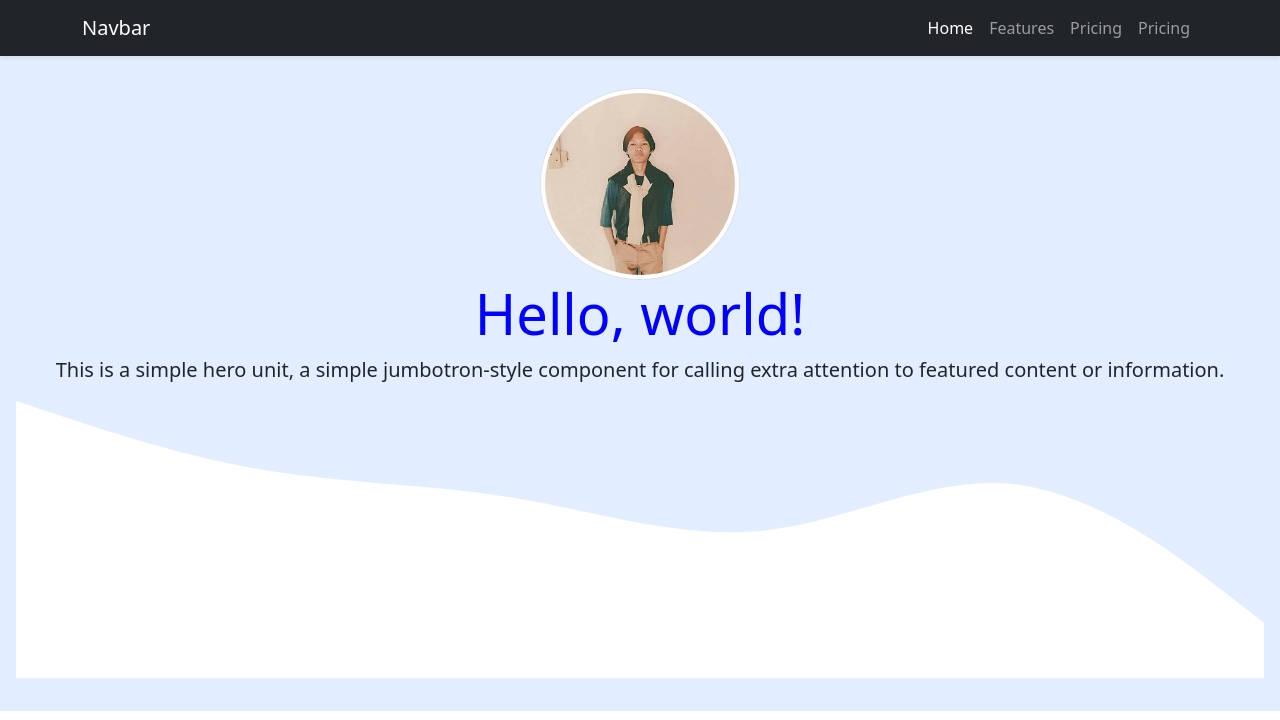
Repository: Novemberdad/gemilangtech.github.io
Page: index.html
The author's editor kept a copy of each file at every save. The page is drawn from the files as they stood at one save, then again after the next save.
The browser window is 1280 px wide. The pictures show the whole page.

Above is the page before, as saved 2021-07-20 23:40:12.

After the next save:
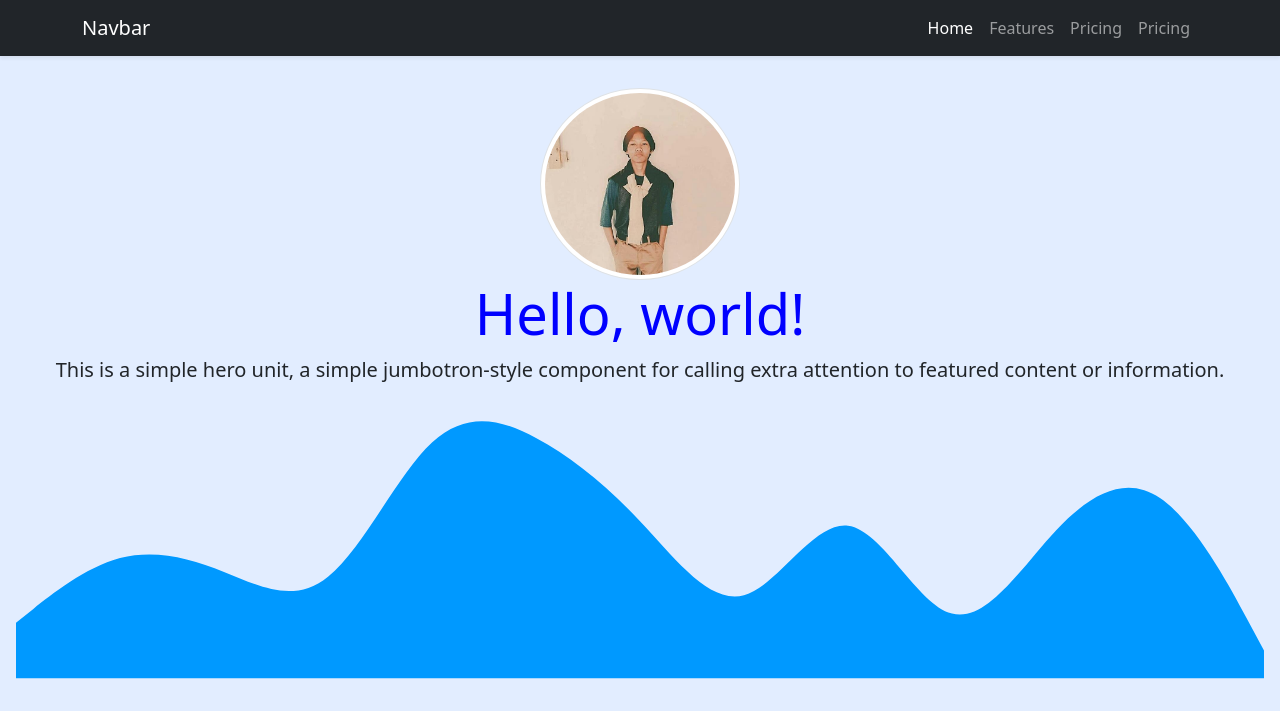
Saved 102 s later.
--- a/index.html
+++ b/index.html
@@ -55,9 +55,9 @@
         <p class="lead">This is a simple hero unit, a simple jumbotron-style component for calling extra attention to featured content or information.</p>
         <svg xmlns="http://www.w3.org/2000/svg" viewBox="0 0 1440 320">
         <path
-          fill="#ffffff"
+          fill="#0099ff"
           fill-opacity="1"
-          d="M0,0L48,16C96,32,192,64,288,80C384,96,480,96,576,112C672,128,768,160,864,149.3C960,139,1056,85,1152,96C1248,107,1344,181,1392,218.7L1440,256L1440,320L1392,320C1344,320,1248,320,1152,320C1056,320,960,320,864,320C768,320,672,320,576,320C480,320,384,320,288,320C192,320,96,320,48,320L0,320Z"
+          d="M0,256L20,240C40,224,80,192,120,181.3C160,171,200,181,240,197.3C280,213,320,235,360,202.7C400,171,440,85,480,48C520,11,560,21,600,42.7C640,64,680,96,720,138.7C760,181,800,235,840,224C880,213,920,139,960,144C1000,149,1040,235,1080,245.3C1120,256,1160,192,1200,149.3C1240,107,1280,85,1320,112C1360,139,1400,213,1420,250.7L1440,288L1440,320L1420,320C1400,320,1360,320,1320,320C1280,320,1240,320,1200,320C1160,320,1120,320,1080,320C1040,320,1000,320,960,320C920,320,880,320,840,320C800,320,760,320,720,320C680,320,640,320,600,320C560,320,520,320,480,320C440,320,400,320,360,320C320,320,280,320,240,320C200,320,160,320,120,320C80,320,40,320,20,320L0,320Z"
         ></path>
       </svg>
     </section>
